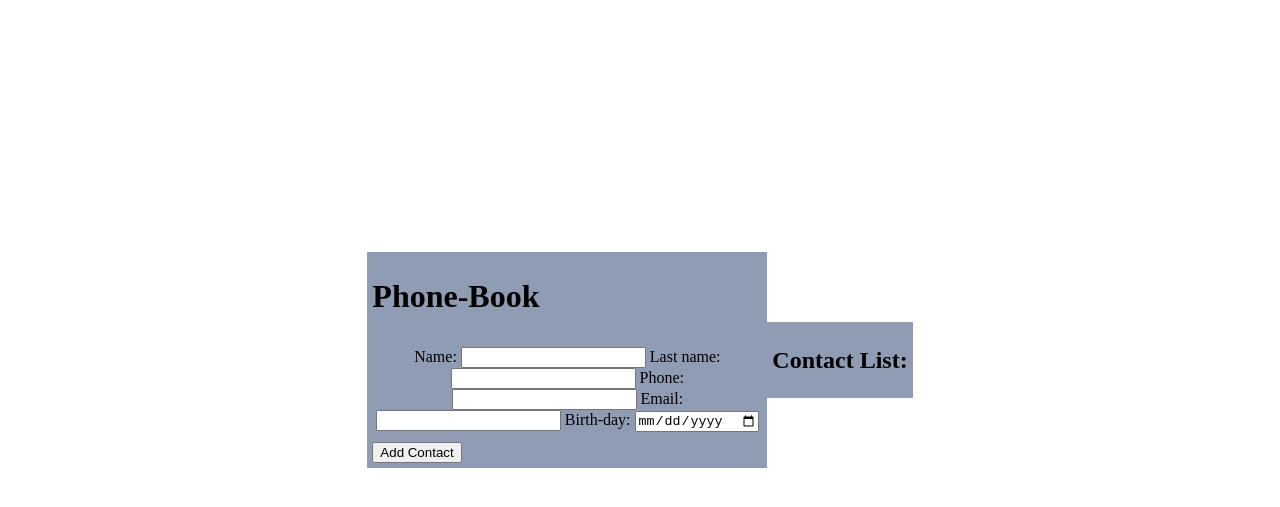
Repository: STA1357/Phone-book
Page: Inner.html
An editor plug-in stored every save of this project. The page is shown before and after the next save, followed by the edit.
The browser window is 1280 px wide. The pictures show the whole page.

Above is the page before, as saved 2020-12-10 11:19:07.

### Inner.html
<!DOCTYPE html>
<html lang="en">
<head>
    <meta charset="UTF-8">
    <meta name="viewport" content="width=device-width, initial-scale=1.0">
    <title>Phone Book</title>
    <link rel="stylesheet" href="./styles.css">
    <script src="./app.js"></script>
</head>
<body>
    <form action="#" method="POST">

        <header>
            <div class="header-title">
                <h1>Phone-Book</h1>
            </div>
        </header>

        <main>
            <div class="container">
                <label for="name">Name:</label>
                <input type="text" id="nameInput">
                <label for="lname">Last name:</label>
                <input type="text" id="lnameInput">
                <label for="tel">Phone:</label>
                <input type="text" id="telInput" class="tellinput">
                <label for="email">Email:</label>
                <input type="email" id="emailInput">
                <label for="birthname">Birth-day:</label>
                <input type="date" id="birthInput">
            </div>

        </main>

        <div class="btn">
        <button type="submit" id="btnAdd">Add Contact</button>
    </div>
    </form>
<div class="list-container">
    <h2>Contact List:</h2>
    <ul id="users"></ul>
</div>
</body>
</html>

### styles.css
*{
    box-sizing: border-box;
}

body{
    display: flex;
    flex-direction: row;
    align-items: center;
    justify-content: center;
    min-height: 100vh;
    margin: 0;
}

form{

    background-color: rgb(144, 156, 179);
    width: 400px;
    max-width: 100%;

}

.container{
    text-align: center;
}

.list-container{
    background-color: rgb(144, 156, 179);

}











.selected{
    background-color: skyblue;
    color: black;
    text-shadow: 0.5px 0.5px grey;
}

.deleteBtn::before{
    color: brown;
    content: "delete";
}

div{
    padding: 5px;
}

li{
    font-weight: bold;
    font-style: italic;
}

### app.js
window.onload = function() {
    const localKey = 'contactsCollection';
    const form = document.querySelector('form');
    const list = document.getElementById('users');
    const userName = document.getElementById('nameInput');
    const userLname = document.getElementById('lnameInput');
    const userTel = document.getElementById('telInput');
    const userEmail = document.getElementById('emailInput');
    const userBirth = document.getElementById('birthInput');

    let contactsList = getContacts();
    let activeContact = null;

    generateContactList();

    function getContacts() {
        const res = localStorage.getItem(localKey);
        return res ? JSON.parse(res) : [];
    }

    function setToStorage(data) {
        localStorage.setItem(localKey, data);
    }

    function updateContactList(newList) {
        const string = JSON.stringify(newList);
        contactsList = newList;
        setToStorage(string);
        generateContactList();
    }

    function recordContact(newContact) {
        updateContactList([...contactsList, newContact])
    }

    function updateContact(newData) {
        contactsList = contactsList.map(contact => contact.id === newData.id ? newData : contact);
        updateContactList(contactsList);
    }

    function deleteContact(removeId) {
        contactsList = contactsList.filter(({ id }) => id !== removeId);
        updateContactList(contactsList);
    }

    function setActiveContact(id) {
        const contact = document.getElementById(`contact-${id}`);
        contact.classList.toggle('active');
    }

    function generateContactList() {
        console.log(contactsList);
        const fragment = document.createDocumentFragment();
        contactsList.forEach((contact) => {
            const { id, name, lastName, phone, mail, birthDay } = contact;
            const container = document.createElement('div');
            container.onclick = () => setActiveContact(id);
            container.id = `contact-${id}`;
            const title = document.createElement('li');
            title.innerText = `${name} ${lastName}`;

            const infoList = document.createElement('b');
            infoList.innerText = phone + ' - ' + mail + ' - ' + birthDay;
            // phonesList.innerText = phones.join(' ');
            container.appendChild(title);
            container.appendChild(infoList);
            fragment.appendChild(container);

            const deleteBtn = document.createElement('button');
            deleteBtn.className = 'deleteBtn'
            fragment.appendChild(deleteBtn);
            deleteBtn.addEventListener('mousedown', function (e) {
                e.preventDefault();
            })

            deleteBtn.addEventListener('click', function (e) {
                console.log(e);
                deleteContact();
            })

            //const btn = document.createElement('button');
            //btn.onclick = () => !deleteContact(removeId);
            //btn.appendChild(container)


            container.addEventListener('mousedown', function (e) {
                e.preventDefault();
            })

            container.addEventListener('click', function (e) {
                console.log(e);


                if (e.target == this) {
                    return false;

                }
                if (!e.ctrlKey) {
                    clearSelected(this.children);
                }
                addSelected(e.target);
            })

            function clearSelected(elems) {
                for (let elem of elems) {
                    elem.classList.remove('selected');
                }
            }

            function addSelected(target) {
                target.classList.add('selected');
            }
        });


        list.innerHTML = '';
        list.appendChild(fragment);


    }

    function getId() {
        return '_' + Math.random().toString(36).substr(2, 9);
    };

    form.onsubmit = (event) => {
        event.preventDefault();
        const contact = {
            id: getId(),
            name: userName.value,
            lastName: userLname.value,
            phone: userTel.value,
            mail: userEmail.value,
            birthDay: userBirth.value
        }
        recordContact(contact);
        console.log(contact);
    }
}

// const form = document.querySelector('form')
// const list = document.getElementById('users')
// const userName = document.getElementById('nameInput')
// const userLname = document.getElementById('lnameInput')
// const userTel = document.getElementById('telInput')
// const userEmail = document.getElementById('emailInput')
// const userBirth = document.getElementById('birthInput')
// const entry = document.createElement('li')


// function addUser() {
//     const list = document.getElementById('users')
//     const userName = document.getElementById('nameInput')
//     const userLname = document.getElementById('lnameInput')
//     const userTel = document.getElementById('telInput')
//     const userEmail = document.getElementById('emailInput')
//     const userBirth = document.getElementById('birthInput')
//     const entry = document.createElement('li')
//     entry.appendChild(document.createTextNode(userName.value + ' ' + userLname.value + ' '
//     + userTel.value + ' ' + userEmail.value + ' ' + userBirth.value))
//     list.appendChild(entry)
//     return false

// }

// let bookContacts = [];

// const addContacts = (ev) => {
//     ev.preventDefault();
//     let contact = {
//         name: document.getElementById('nameInput').value,
//         lname: userLname.value,
//         tel: userTel.value,
//         email: userEmail.value,
//         birthday: userBirth.value
//     }
//     bookContacts.push(contact);
//     document.forms[0].reset();
// }
// document.addEventListener('DomContentLoad', () =>{
//     document.getElementById('btnAdd').addEventListener('click',addContacts)
// })
// console.log(bookContacts);




/*class Person{
    constructor(options){
        this.name = options.name
        this.lname = options.lname
        this.tel = options.tel
        this.email = options.email
        this.birthday = options.birthday
    }
}

class User extends Person{
    static type = "User"
}

const user = new User({
    name: "",
    lname: "",
    tel: "",
    email:"",
    birthday:""
})


localStorage.setItem('userInfo', JSON.stringify(user));




const raw = localStorage.getItem('userInfo')
const userInfo = JSON.parse(raw)
userInfo.name = 'Maxim'

console.log(userInfo);*/

After the next save:
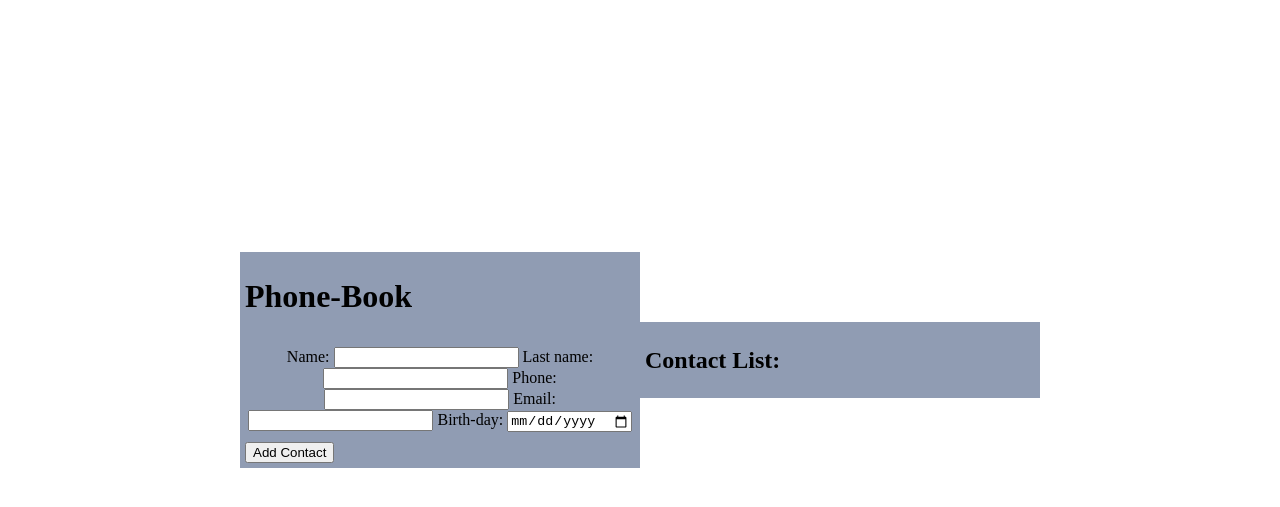
Saved 16 s later.
--- a/styles.css
+++ b/styles.css
@@ -25,7 +25,8 @@ form{
 
 .list-container{
     background-color: rgb(144, 156, 179);
-
+    width: 400px;
+    max-width: 100%;
 }
 
 
